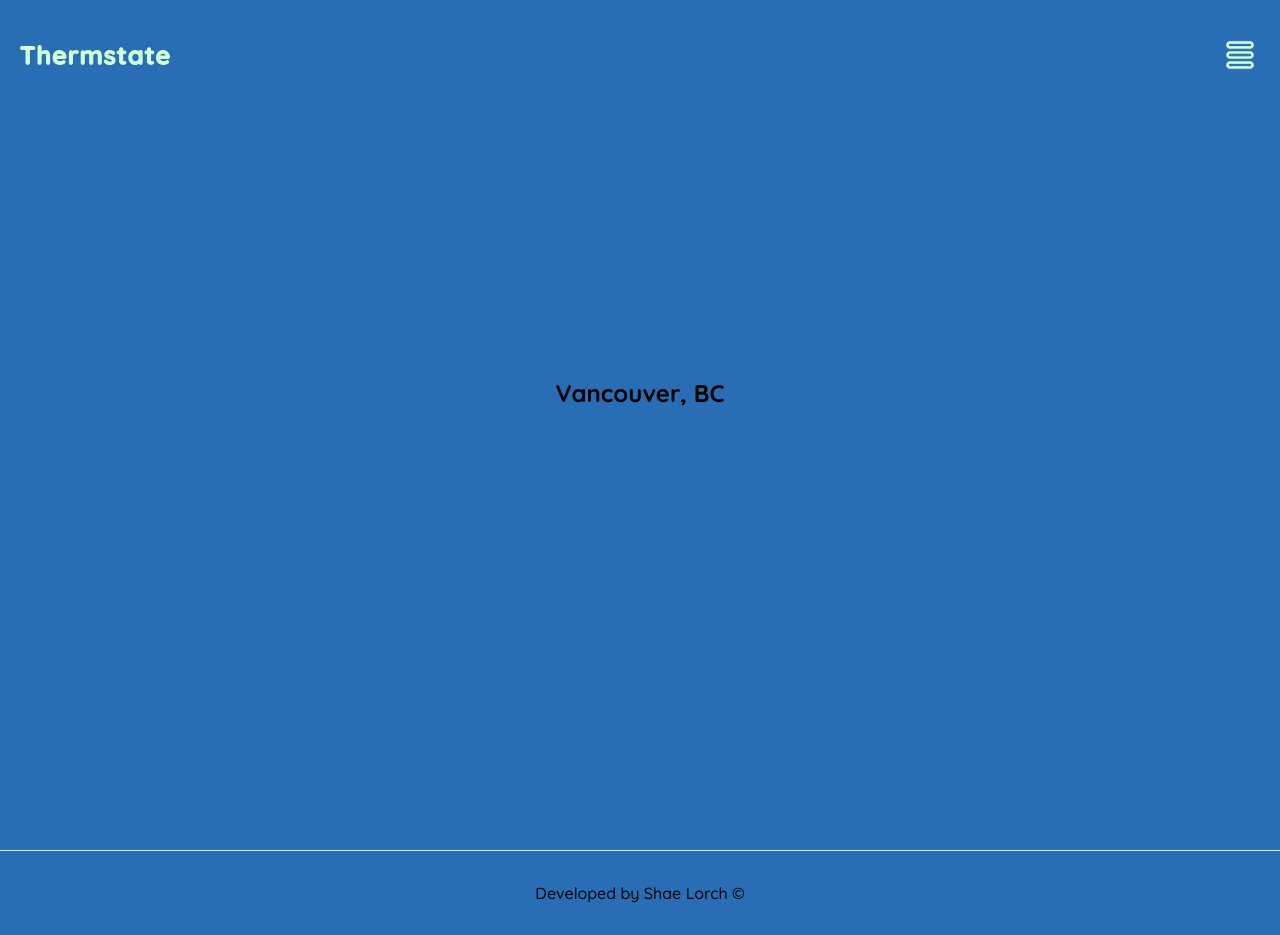
Repository: shaelorch/assessment2-DCD
Page: /
The author's editor kept a copy of each file at every save. The page is drawn from the files as they stood at one save, then again after the next save.
The browser window is 1280 px wide. The pictures show the whole page.
Some web fonts or font styles are not loaded; a fallback is used. The project was rebuilt for these pictures with package versions that can differ from the ones it lists, and the page was loaded fresh each time. The framework's server and built-in components were replaced by stand-ins that run in the browser. Also part of the build but not shown: next.config.js, comps/weatherCard.js.

Above is the page before, as saved 2023-02-23 17:43:33.

After the next save:
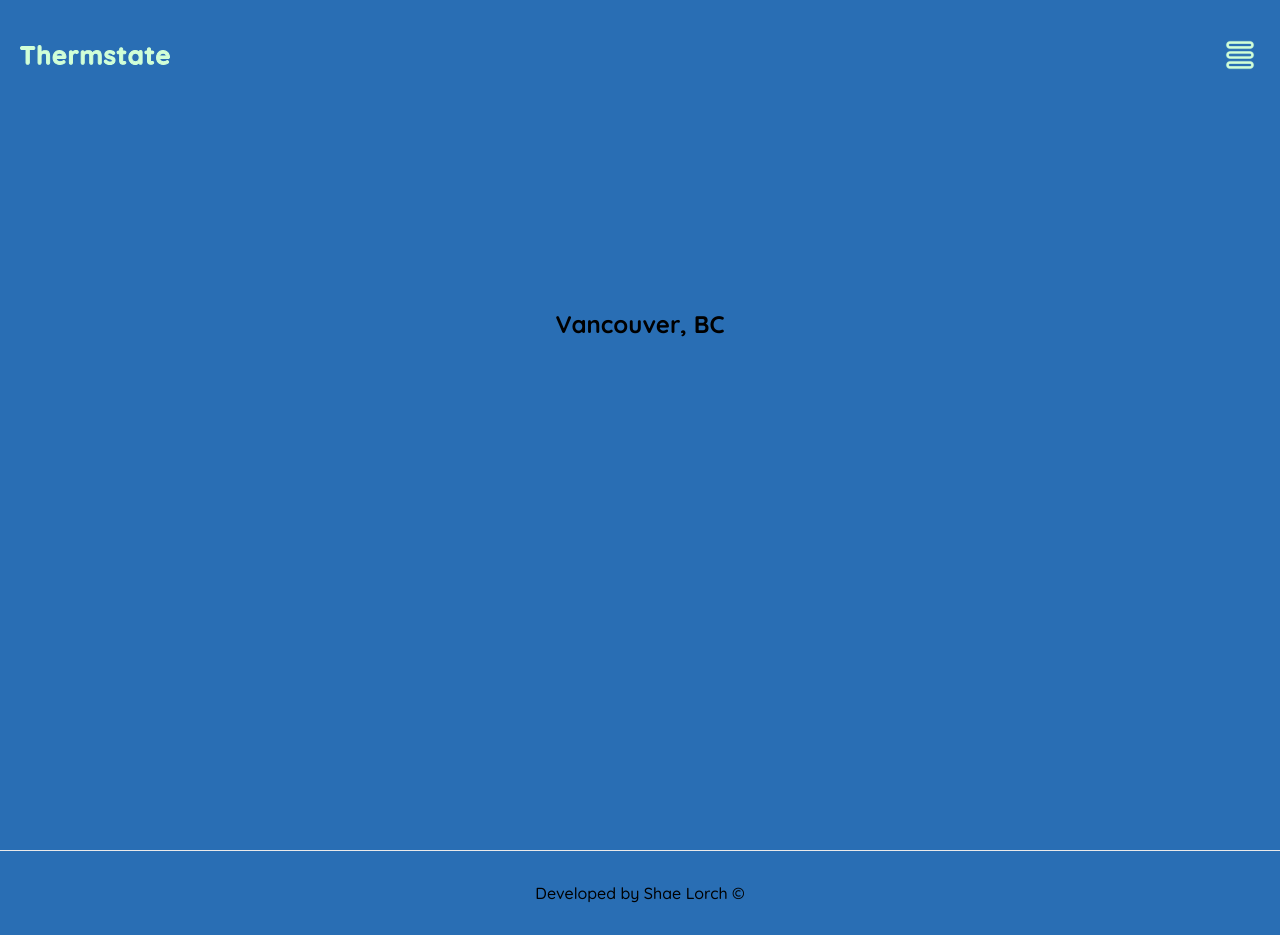
Saved 5 s later.
--- a/styles/Home.module.css
+++ b/styles/Home.module.css
@@ -99,7 +99,7 @@
 }
 
 .description {
-  margin-top: 10px;
+  margin-top: -10%;
   line-height: 1.5;
   font-size: 1.5rem;
 }
